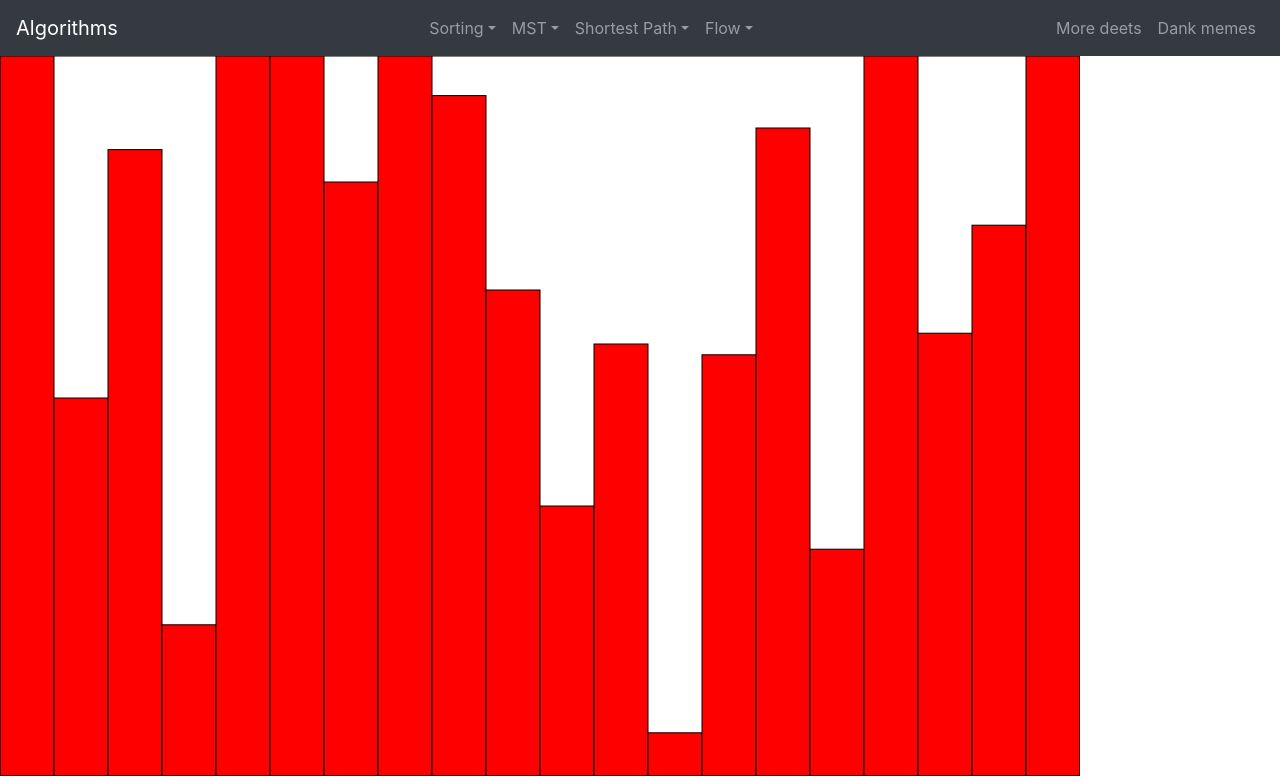
Repository: dkasima1/Algorithm-Visualizations
Page: /
An editor plug-in stored every save of this project. The page is shown before and after the next save, followed by the edit.
The browser window is 1280 px wide. The pictures show the whole page.
The project was rebuilt for these pictures with package versions that can differ from the ones it lists, and the page was loaded fresh each time. Also part of the build but not shown: src/components/Sorting/Bubble_Sort.js.

Above is the page before, as saved 2020-06-29 23:39:00.

### src/App.js
import React from 'react';
import { BrowserRouter as Router, Route, Switch } from 'react-router-dom';
import NavigationBar from './components/NavigationBar'
import 'bootstrap/dist/css/bootstrap.min.css';
import Bubble_Sort from "./components/Sorting/Bubble_Sort"
import BarGraph from "./components/Graph/BarGraph"

function App() {
  return (
    <React.Fragment>
      <Router>
        <NavigationBar />
        <BarGraph />
        <Switch>
          <Route path="/Sorting/Bubble_Sort" component={ Bubble_Sort } />
        </Switch>
      </Router>
    </React.Fragment>
  );
}

export default App;

### src/components/NavigationBar.js
import React from 'react';
import { Navbar, Nav, NavDropdown} from 'react-bootstrap';
import { Link } from 'react-router-dom'

function NavigationBar() {
    return (
        <div>
            <Navbar collapseOnSelect expand="lg" bg="dark" variant="dark">
                <Navbar.Brand href="#home">Algorithms</Navbar.Brand>
                <Navbar.Toggle aria-controls="responsive-navbar-nav" />
                <Navbar.Collapse id="responsive-navbar-nav">
                    <Nav className="m-auto">
                    <NavDropdown title="Sorting" id="collasible-nav-dropdown">
                        <NavDropdown.Item as={Link} to="/Sorting/Bubble_Sort">Bubble Sort</NavDropdown.Item>
                        <NavDropdown.Item  as={Link} to="/Sorting/Selection_Sort">Selection Sort</NavDropdown.Item>
                        <NavDropdown.Item  as={Link} to="/Sorting/Insertion_Sort">Insertion Sort</NavDropdown.Item>
                        <NavDropdown.Divider />
                        <NavDropdown.Item  as={Link} to="/Sorting/Merge_Sort">Merge Sort</NavDropdown.Item>
                        <NavDropdown.Item  as={Link} to="/Quick_Sort">Quick Sort</NavDropdown.Item>
                    </NavDropdown>
                    <NavDropdown title="MST" id="collasible-nav-dropdown">
                        <NavDropdown.Item  as={Link} to="/MST/Prims">Prim's Algorithm</NavDropdown.Item>
                        <NavDropdown.Item  as={Link} to="/MST/Kruskals">Kruskal's Algorithm</NavDropdown.Item>
                    </NavDropdown>
                    <NavDropdown title="Shortest Path" id="collasible-nav-dropdown">
                        <NavDropdown.Item  as={Link} to="/Shortest_Path/Dijkstra's">Dijkstra's</NavDropdown.Item>
                    </NavDropdown>
                    <NavDropdown title="Flow" id="collasible-nav-dropdown">
                        <NavDropdown.Item  as={Link} to="/Flow/Ford_Fulkurson">Ford Fulkurson</NavDropdown.Item>
                    </NavDropdown>
                    </Nav>
                    <Nav>
                    <Nav.Link href="#deets">More deets</Nav.Link>
                    <Nav.Link eventKey={2} href="#memes">
                        Dank memes
                    </Nav.Link>
                    </Nav>
                </Navbar.Collapse>
            </Navbar>
        </div>
    )
}

export default NavigationBar;

### src/components/Graph/BarGraph.js
import React from "react";
import './BarGraph.css';

// https://philna.sh/blog/2018/09/27/techniques-for-animating-on-the-canvas-in-react/#:~:text=To%20get%20a%20ref%20to,to%20the%20ref%20you%20created.&text=Now%20you%20have%20the%20context,and%20animate%20all%20you%20like.

class Canvas extends React.Component {

    constructor(props) {
        super(props);
        this.canvasRef = React.createRef();
    }

    componentDidMount() {

        // Generate an array of random numbers.
        let arr = []
        while (arr.length < 20) {
            var num = Math.floor(Math.random() * 100 + 1);
            if (arr.indexOf(num) === -1) {
                arr.push(num)
            }
        }

        // Generate bars of bargraph
        const canvas = this.canvasRef.current;
        let ctx = canvas.getContext("2d");

        let width = 54;
        let posX = 0;

        ctx.fillStyle = "red";
        ctx.strokeStyle ="black"

        for (let i = 0; i < arr.length; i++) {
            let height = arr[i] * (canvas.width/100);
            ctx.fillRect(posX, canvas.height - height, width, height);
            ctx.strokeRect(posX, canvas.height - height, width, height);
            posX += 54;
        }

        // Outline Canvas
        ctx.beginPath();
        ctx.rect(0, 0, canvas.width, canvas.height);
        ctx.stroke();
    }
    render() {
        return (
            <div>
                <canvas ref={this.canvasRef} height="720" width="1080" />
            </div>
        )
    }

    // draw() {

    // }
}

export default Canvas;

### src/components/Graph/BarGraph.css
canvas {
    display: inline;
    text-align:center;
}

Loaded but not shown: public/index.html (common file); src/index.js (common file); src/index.css (common file); src/serviceWorker.js (common file)

After the next save:
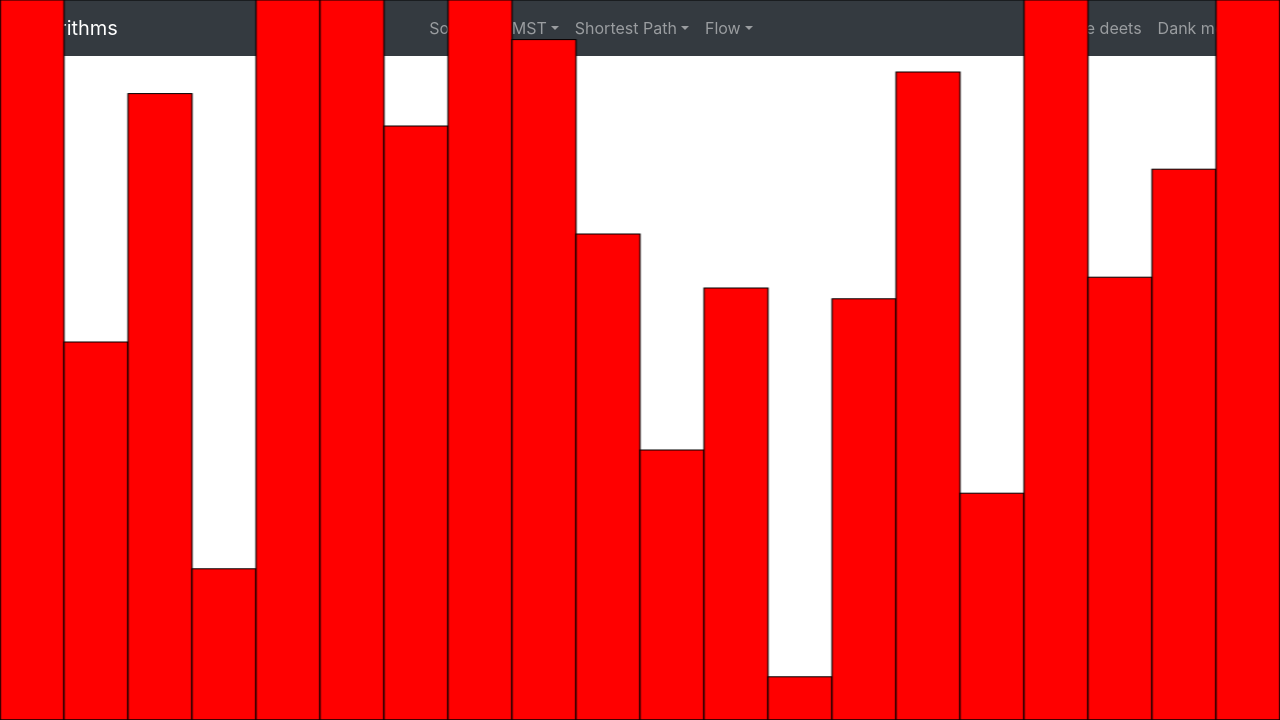
Saved 115 s later.
--- a/src/components/Graph/BarGraph.css
+++ b/src/components/Graph/BarGraph.css
@@ -1,4 +1,12 @@
 canvas {
-    display: inline;
-    text-align:center;
+    padding: 0;
+    margin: auto;
+    display: block;
+    width: 1280px;
+    height: 720px;
+    position: absolute;
+    top: 0;
+    bottom: 0;
+    left: 0;
+    right: 0;
 }
